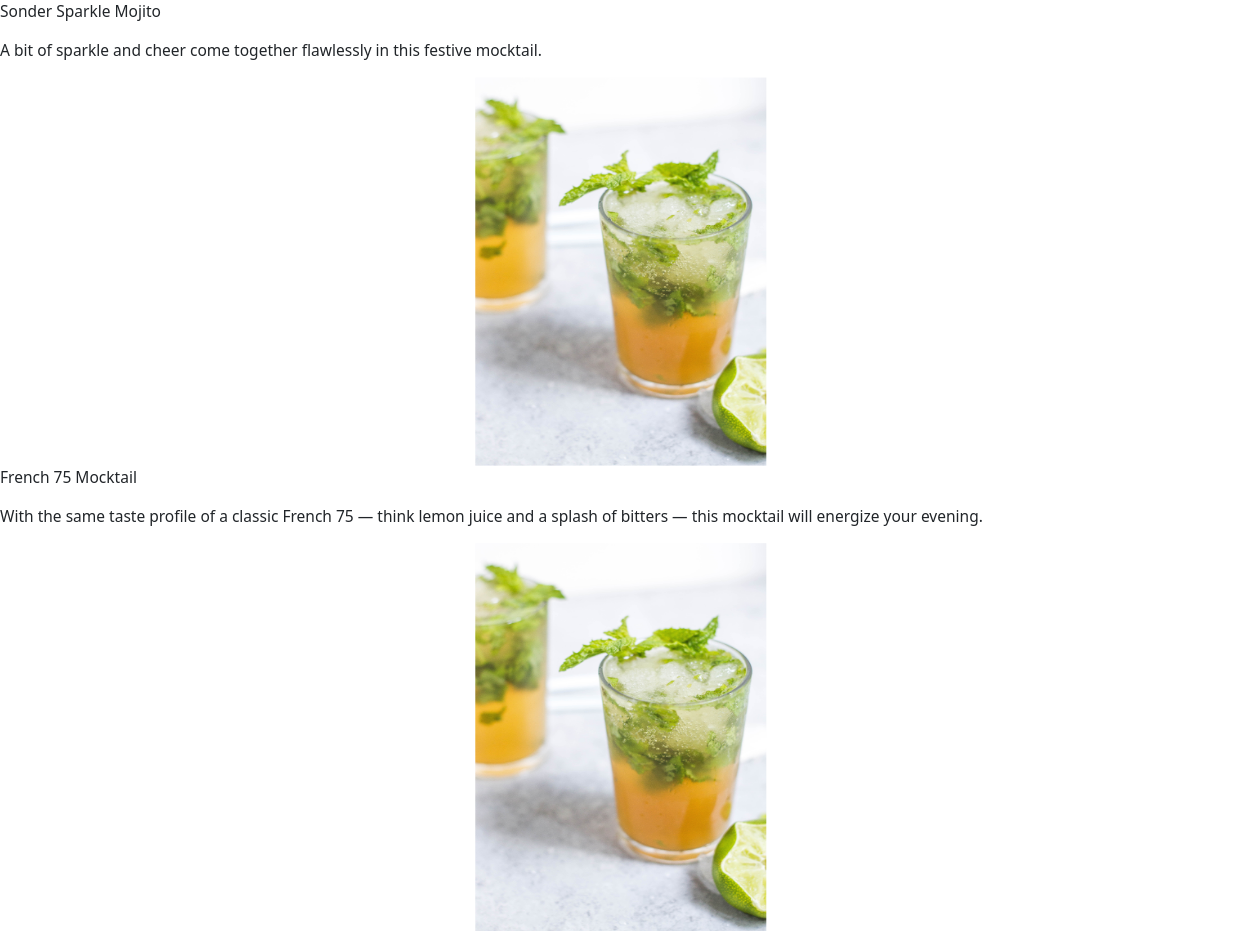
Repository: Flatbook/sliced_bread
Page: http://localhost/
The author's editor kept a copy of each file at every save. The page is drawn from the files as they stood at one save, then again after the next save.
The browser window is 1280 px wide. The pictures show the whole page, at 97% of full size.
Some web libraries are served in a nearby version. The page is served by the project's application, run on Flask 3 (app.py).

Above is the page before, as saved 2021-05-15 23:15:49.

After the next save:
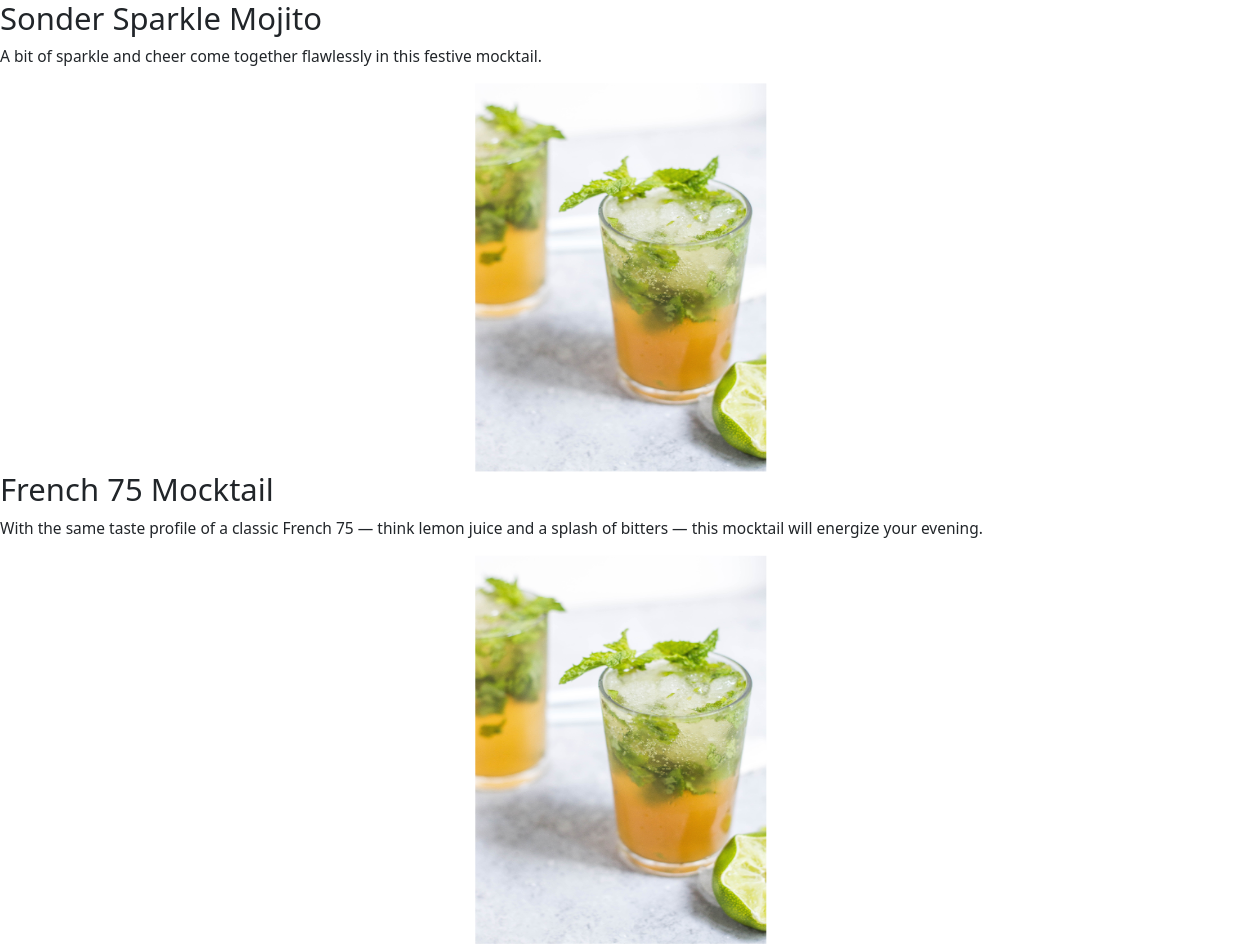
Saved 50 s later.
--- a/flask_project/templates/home.html
+++ b/flask_project/templates/home.html
@@ -1,8 +1,8 @@
 {% extends "layout.html" %}
 {% block content %}
     {% for drink in drinks %}
-        <p class=".h2">{{drink.title}}</p>
-        <p>{{drink.description}}</p>
+        <h2 class=".h2">{{drink.title}}</h2>
+        <p class =".blockquote">{{drink.description}}</p>
         <img src="{{ user_image }}" width="300" height="400" class="mx-auto d-block"/>
     {% endfor %}
 {% endblock %}
